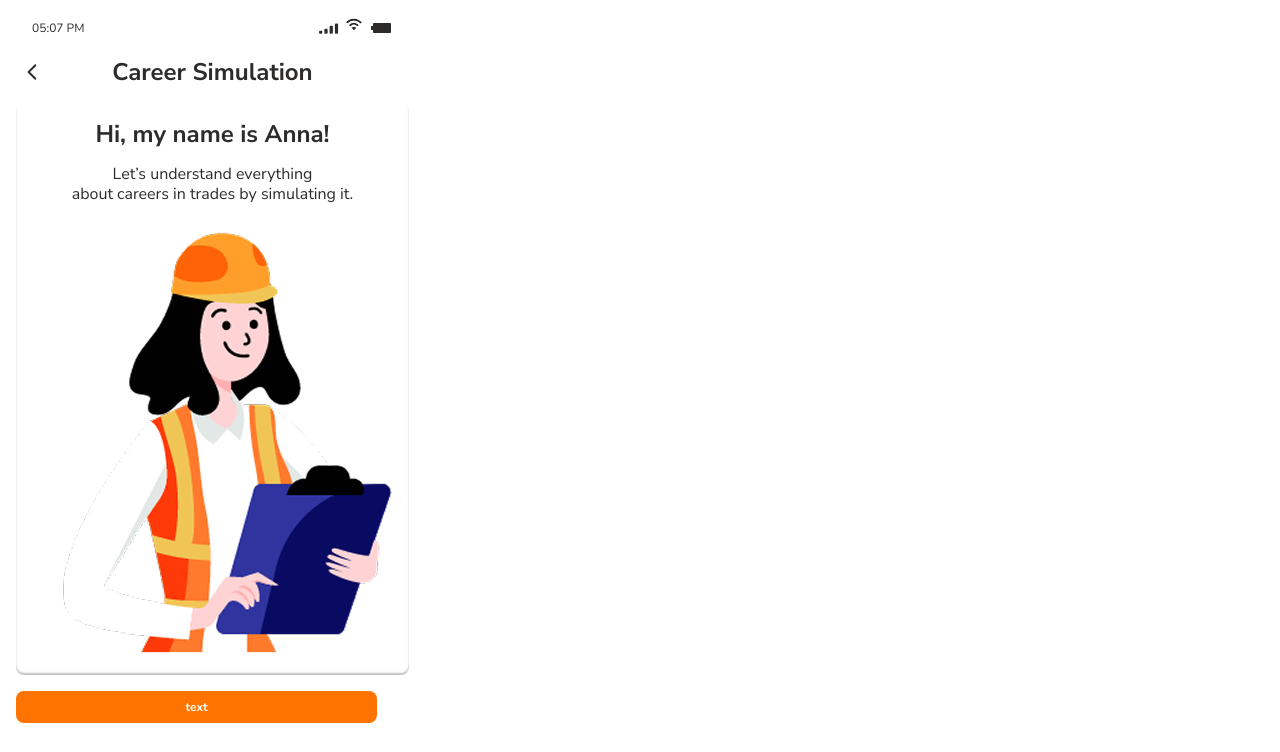
Repository: daniel-liu01/week10books
Page: /
An editor plug-in stored every save of this project. The page is shown before and after the next save, followed by the edit.
The browser window is 1280 px wide. The pictures show the whole page.
The project was rebuilt for these pictures with package versions that can differ from the ones it lists, and the page was loaded fresh each time. Also part of the build but not shown: vite.config.js, vite.config.ts, src/App.css.

Above is the page before, as saved 2025-10-17 18:25:48.

After the next save:
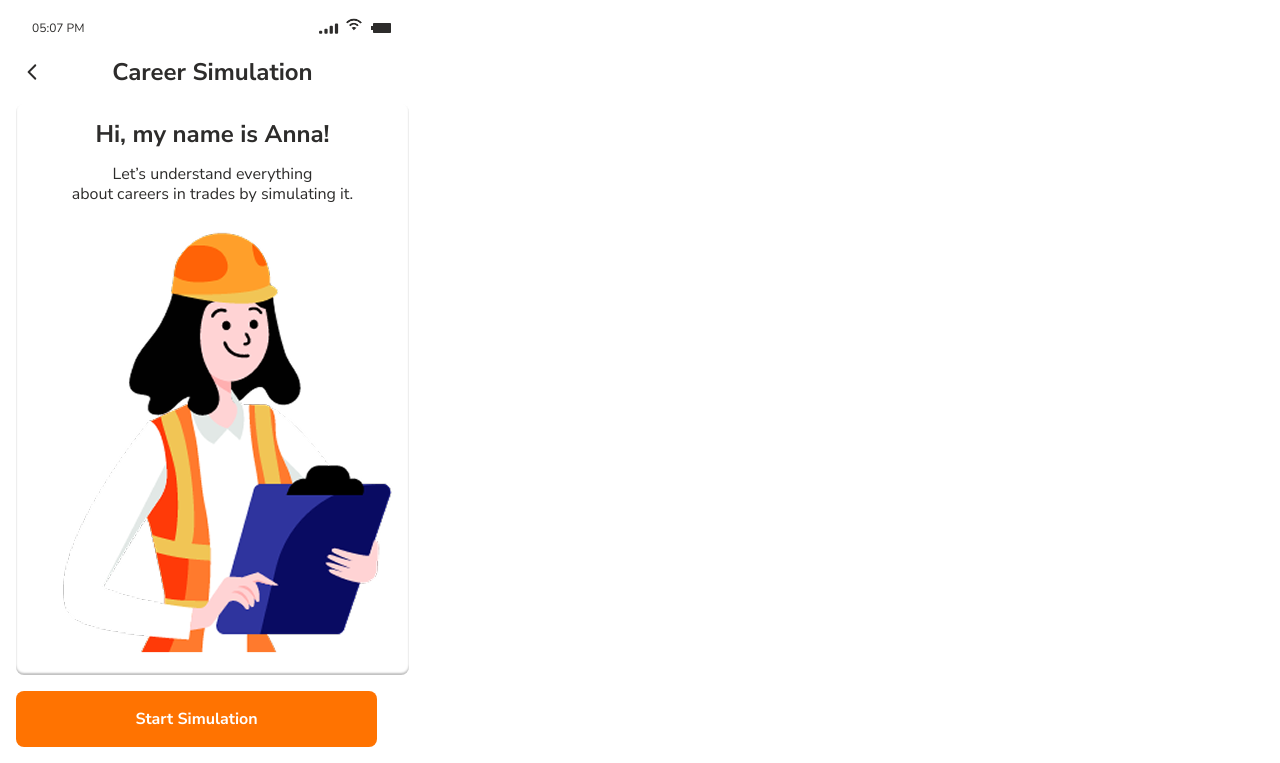
Saved 16 s later.
--- a/app/Simulation/Simulation.jsx
+++ b/app/Simulation/Simulation.jsx
@@ -21,11 +21,10 @@ function Simulation() {
             />
             <Button
                 type='primary'
-                disabled='boolean'
-                icon='icon'
-                size='small'
-                value='text'
-                onClick='function'
+                size='large'
+                value='Start Simulation'
+                onClick={() => console.log("clicked")}
+                isDisabled={false}
             />
         </div>
     );
